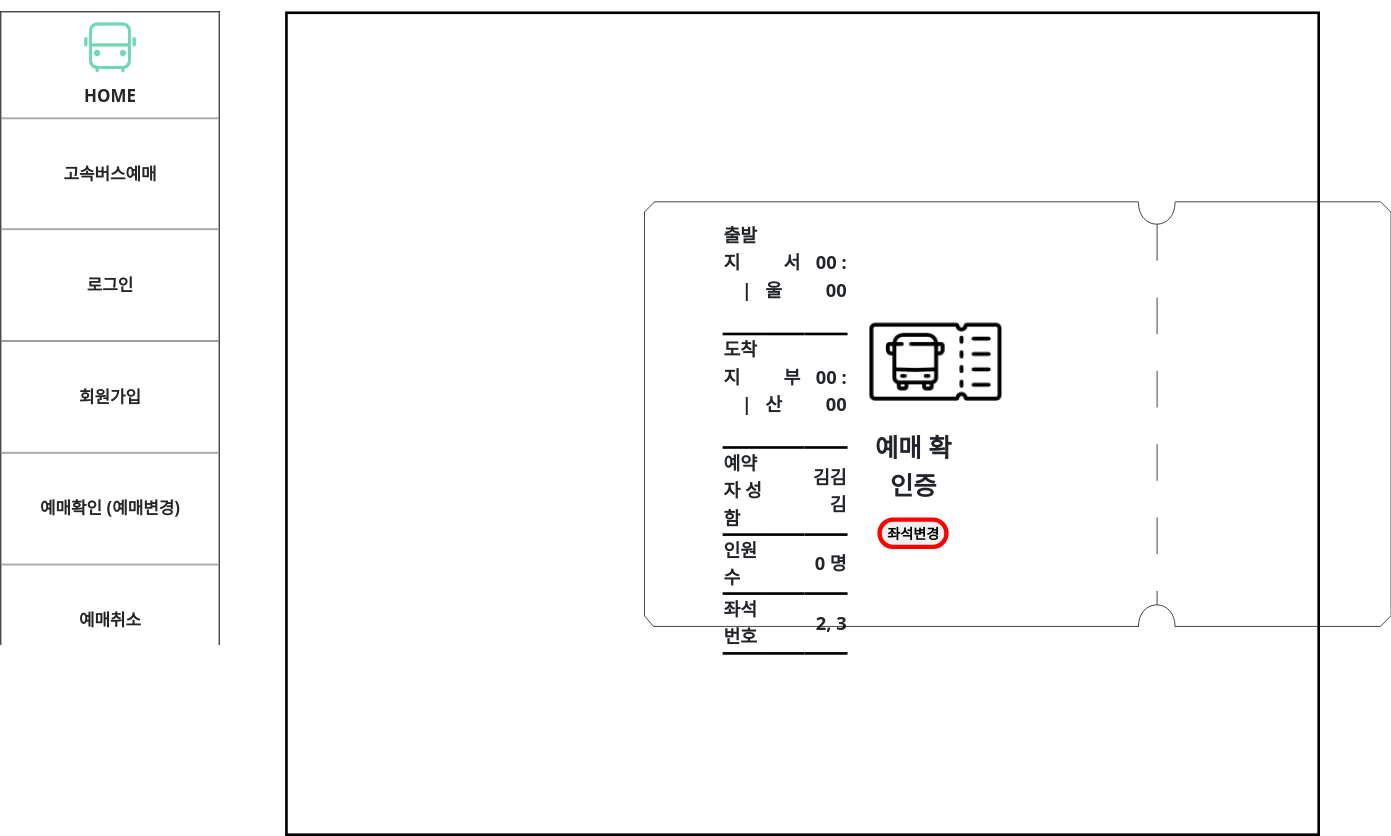
Repository: rudqhd79/spring_personal
Page: http://localhost/reservation/check
The author's editor kept a copy of each file at every save. The page is drawn from the files as they stood at one save, then again after the next save.
The browser window is 1280 px wide. The page is 1581 px wide, so the pictures cover 1581 px, including what lies to the right of the window. The pictures show the whole page, at 88% of full size.
The page is this project's Thymeleaf template; nobody is signed in. The template is opened directly, without the code that normally fills it, so the values that code supplies are empty.

Above is the page before, as saved 2023-02-03 07:41:54.

### bus-reservation/src/main/resources/templates/reservation/check.html
<!DOCTYPE html>
<html xmlns:th="http://www.thymeleaf.org"
	xmlns:layout="http://www.ultraq.net.nz/thymeleaf/layout">
<link rel="stylesheet"
	href="//maxcdn.bootstrapcdn.com/bootstrap/latest/css/bootstrap.min.css">
<script src="//code.jquery.com/jquery.min.js"></script>
<script
	src="//maxcdn.bootstrapcdn.com/bootstrap/latest/js/bootstrap.min.js"></script>
<head>
<meta charset="UTF-8">
<title>main</title>
<!-- bootstrap css -->
<link
	href="https://cdn.jsdelivr.net/npm/bootstrap@5.3.0-alpha1/dist/css/bootstrap.min.css"
	rel="stylesheet"
	integrity="sha384-GLhlTQ8iRABdZLl6O3oVMWSktQOp6b7In1Zl3/Jr59b6EGGoI1aFkw7cmDA6j6gD"
	crossorigin="anonymous">
<link th:href="@{/css/all.css}" rel="stylesheet">
<!-- bootstrap js, popper -->
<script
	src="https://cdn.jsdelivr.net/npm/@popperjs/core@2.11.6/dist/umd/popper.min.js"
	integrity="sha384-oBqDVmMz9ATKxIep9tiCxS/Z9fNfEXiDAYTujMAeBAsjFuCZSmKbSSUnQlmh/jp3"
	crossorigin="anonymous"></script>
<script
	src="https://cdn.jsdelivr.net/npm/bootstrap@5.3.0-alpha1/dist/js/bootstrap.min.js"
	integrity="sha384-mQ93GR66B00ZXjt0YO5KlohRA5SY2XofN4zfuZxLkoj1gXtW8ANNCe9d5Y3eG5eD"
	crossorigin="anonymous"></script>
<!-- jquery  -->
<script src="https://code.jquery.com/jquery-3.6.3.min.js"
	integrity="sha256-pvPw+upLPUjgMXY0G+8O0xUf+/Im1MZjXxxgOcBQBXU="
	crossorigin="anonymous"></script>
<th:block layout:fragment="script"></th:block>
<th:block layout:fragment="css"></th:block>
</head>
<body>
	<div class="fragment-sidebar">
		<div th:replace="fragments/sidebar::sidebar"></div>
		<div class="base_angle" style="margin-top: 1vw">
			<form class="seat_form" th:action="@{seat}" method="post">
				<div class="check_child" style="position: relative;">
			 		<img src="/img/ticket_img.svg" style="width: 850px; height: 500px; position:absolute" />
					<div class="check_child">
						<table style="height: 420px; margin-top: 10px">
							<tr class="check_tr_three">
								<th class="check_th">출발지 &emsp;| &emsp;</th>
								<th class="check_th"> &emsp;서울</th>
								<th class="check_th">00 : 00</th>
							</tr>
							<tr class="check_tr_three">
								<th class="check_th">도착지 &emsp;| &emsp;</th>
								<th class="check_th"> &emsp;부산</th>
								<th class="check_th">00 : 00</th>
							</tr>
							<tr class="check_tr_two">
								<th class="check_th">예약자 성함</th>
								<th class="check_th"></th>
								<th class="check_th">김김김</th>
							</tr>
							<tr class="check_tr_two">
								<th class="check_th">인원 수</th>
								<th class="check_th"></th>
								<th class="check_th">0 명</th>
							</tr>
							<tr class="check_tr_two">
								<th class="check_th">좌석번호</th>
								<th class="check_th"></th>
								<th class="check_th">2, 3</th>
							</tr>
						</table>
					</div>
					<div class="check_child">
						<img src="/img/bus_ticket.png" style="height: 150px; width: 150px" />
						<p>예매 확인증</p>
						<input type="submit" value="좌석변경" style="font-weight: bold; border: 5px solid red; border-radius: 30px;" />
					</div>
				</div>
			</form>
		</div>
	</div>
</body>
</html>

### bus-reservation/src/main/resources/templates/fragments/sidebar.html
<!DOCTYPE html>
<html xmlns:th="http://www.thymeleaf.org">
<head>
<meta charset="UTF-8">
<title>Insert title here</title>
<link rel="stylesheet"
	href="//maxcdn.bootstrapcdn.com/bootstrap/latest/css/bootstrap.min.css">
<script src="//code.jquery.com/jquery.min.js"></script>
<script
	src="//maxcdn.bootstrapcdn.com/bootstrap/latest/js/bootstrap.min.js"></script>
</head>
<body>
<!-- 사이드바 -->
	<div th:fragment="sidebar" class="sidebar-total">
		<div id="page-wrapper">
			<div id="sidebar-wrapper">
				<ul class="sidebar-nav">
					<li class="sidebar-main">
						<a href="/">
						<img src="/img/bus_icon.png" style="width:60px; height: 60px; margin-top: 10px;">
							<p class="home">HOME</p>
						</a>
					</li>
					<li class="sidebar-main sidebar-nav_li"><a href="/">고속버스예매</a></li>
					<li class="sidebar-main sidebar-nav_li"><a href="login">로그인</a></li>
					<li class="sidebar-main sidebar-nav_li"><a href="join">회원가입</a></li>
					<li class="sidebar-main sidebar-nav_li"><a href="check">예매확인 (예매변경)</a></li>
					<li class="sidebar-main sidebar-nav_li"><a href="cancel">예매취소</a></li>
					<li class="sidebar-main sidebar-nav_li"><a href="edit">수정 (관리자 전용)</a></li>
				</ul>
			</div>
		</div>
	</div>
<!-- /사이드바 -->
</body>
</html>

### bus-reservation/src/main/resources/static/img/ticket_img.svg
<svg width="1020" height="581" viewBox="0 0 1020 581" fill="none" xmlns="http://www.w3.org/2000/svg">
<path d="M675 0.999998C675 41 725 41 725 1" stroke="black"/>
<line x1="700.5" y1="31" x2="700.5" y2="550" stroke="black" stroke-dasharray="50 50"/>
<line x1="1.5" y1="14" x2="1.5" y2="565" stroke="black"/>
<line x1="1019.5" y1="14" x2="1019.5" y2="565" stroke="black"/>
<path d="M725 580.125C725 540.125 675 540.125 675 580.125" stroke="black"/>
<line x1="15" y1="0.5" x2="675" y2="0.5" stroke="black"/>
<line x1="1005" y1="579.5" x2="725" y2="579.5" stroke="black"/>
<line x1="725" y1="0.5" x2="1005" y2="0.5" stroke="black"/>
<line x1="675" y1="579.5" x2="14" y2="579.5" stroke="black"/>
<line x1="1005.35" y1="0.646447" x2="1019.5" y2="14.7886" stroke="black"/>
<line x1="14.1319" y1="580.039" x2="1.26456" y2="564.728" stroke="black"/>
<line x1="15.4956" y1="0.353553" x2="1.35351" y2="14.4957" stroke="black"/>
<line x1="1004.65" y1="579.789" x2="1018.79" y2="565.646" stroke="black"/>
</svg>

Loaded but not shown: bus-reservation/src/main/resources/static/css/all.css (library)

After the next save:
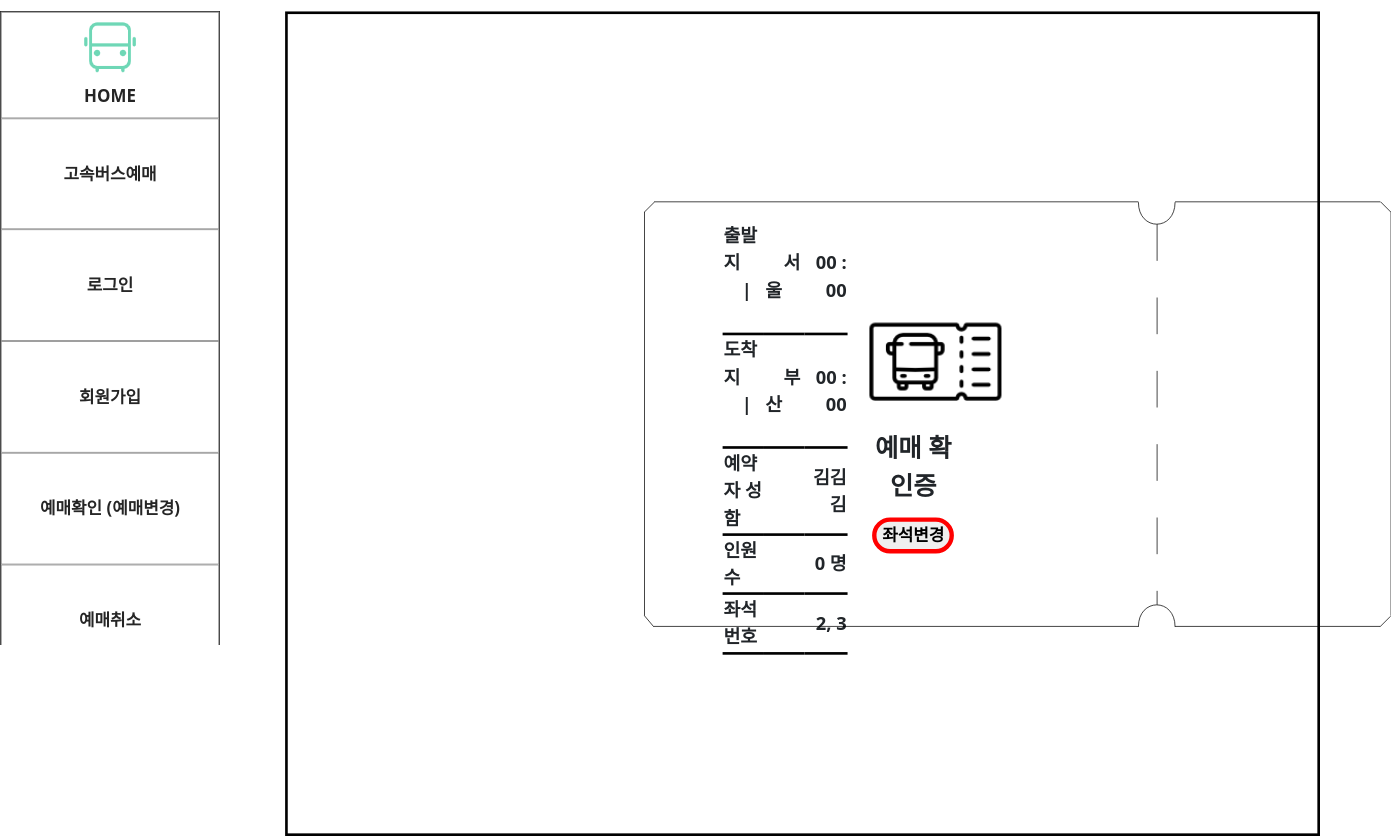
Saved 15 s later.
--- a/bus-reservation/src/main/resources/templates/reservation/check.html
+++ b/bus-reservation/src/main/resources/templates/reservation/check.html
@@ -71,7 +71,7 @@
 					<div class="check_child">
 						<img src="/img/bus_ticket.png" style="height: 150px; width: 150px" />
 						<p>예매 확인증</p>
-						<input type="submit" value="좌석변경" style="font-weight: bold; border: 5px solid red; border-radius: 30px;" />
+						<input type="submit" value="좌석변경" style="font-weight: bold; border: 5px solid red; border-radius: 30px; font-size: 1.2em" />
 					</div>
 				</div>
 			</form>
